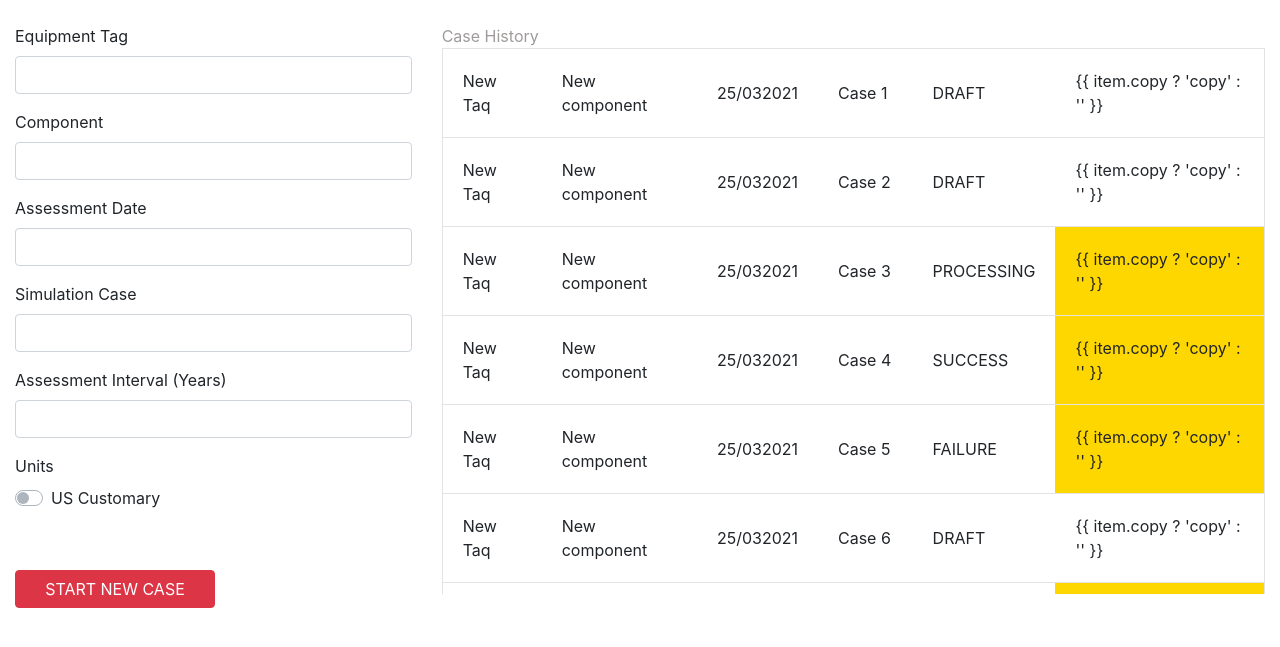
Repository: arif286/dashboard
Page: /
The author's editor kept a copy of each file at every save. The page is drawn from the files as they stood at one save, then again after the next save.
The browser window is 1280 px wide. The pictures show the whole page.
An inner scrolling area shows only its first screen. The project was rebuilt for these pictures with package versions that can differ from the ones it lists, and the page was loaded fresh each time. The framework's server and built-in components were replaced by stand-ins that run in the browser. Also part of the build but not shown: nuxt.config.js, components/Nav.vue.

Above is the page before, as saved 2021-06-18 19:35:58.

After the next save:
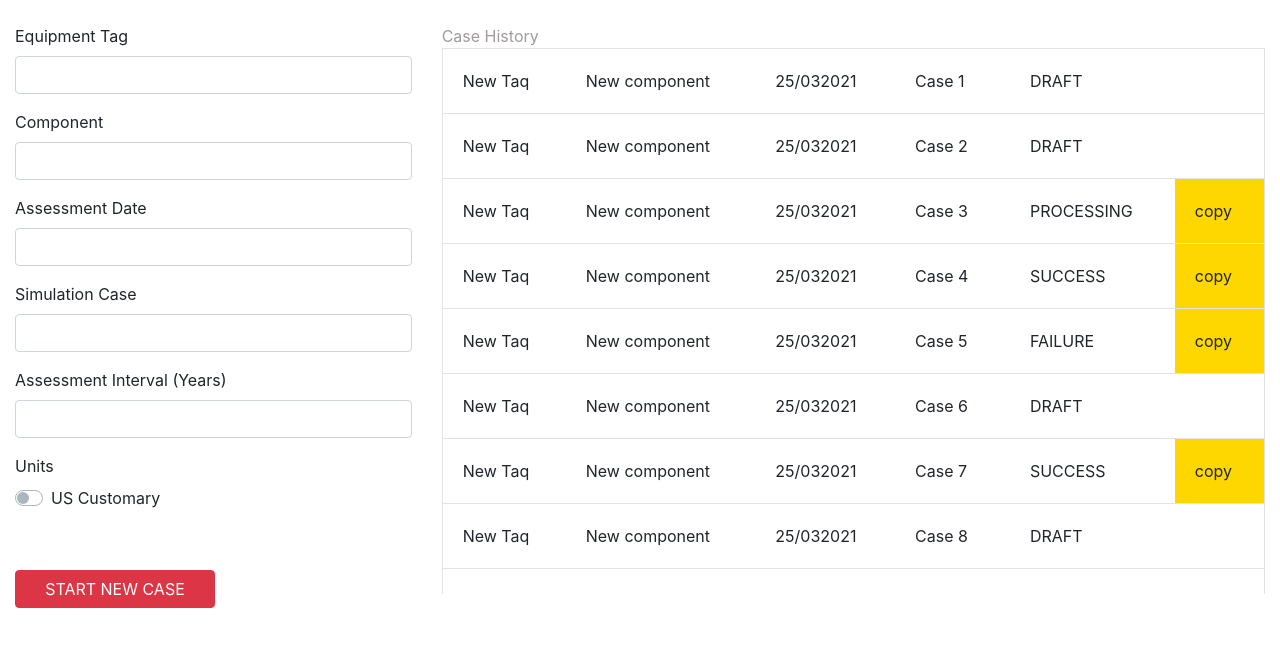
Saved 38 s later.
--- a/components/Table.vue
+++ b/components/Table.vue
@@ -12,7 +12,7 @@
           <td>Case {{ item.case }}</td>
           <td>{{ item.status }}</td>
           <td :class="item.copy ? 'copy-btn' : ''">
-            {{ item.copy ? '<span>copy</span>' : '' }}
+            {{ item.copy ? 'copy' : '' }}
           </td>
         </tr>
       </tbody>
